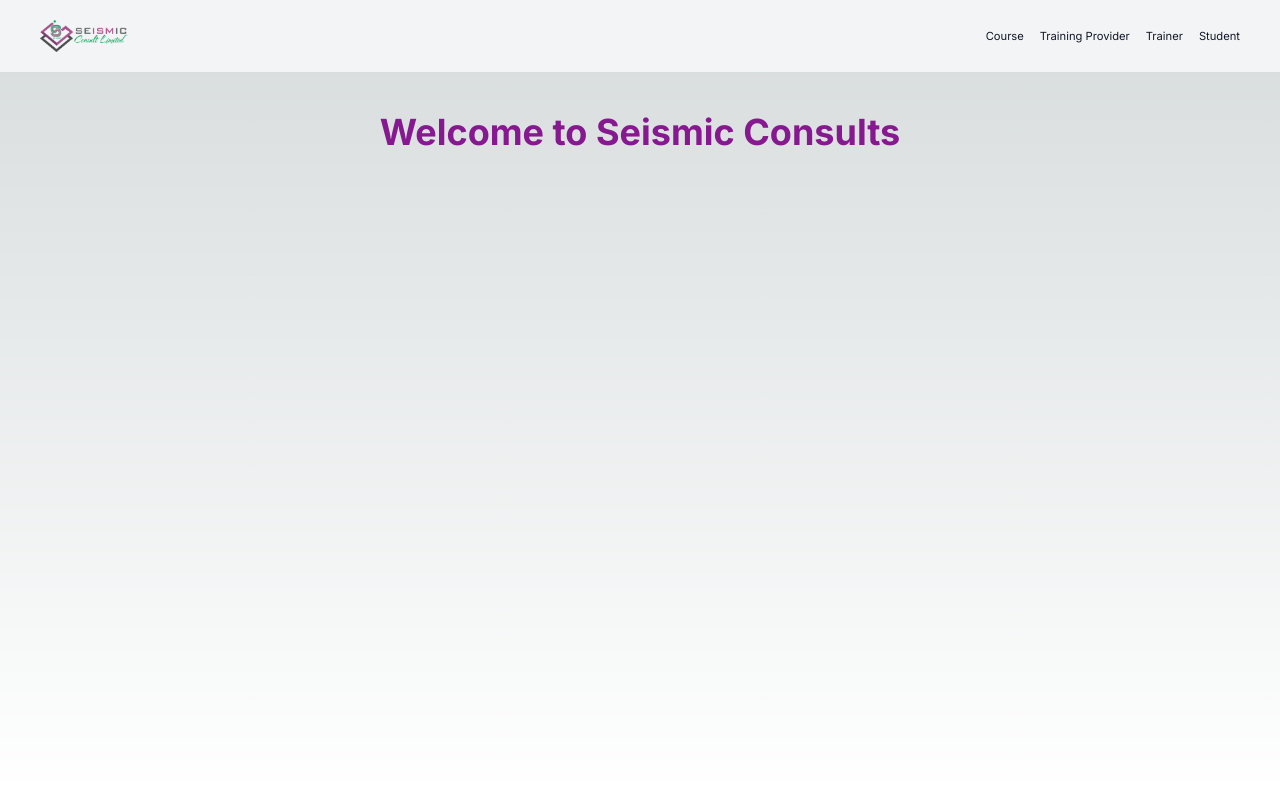
Repository: marcusdashe/seismicconsults-frontend
Page: /
The author's editor kept a copy of each file at every save. The page is drawn from the files as they stood at one save, then again after the next save.
The browser window is 1280 px wide. The pictures show the whole page.
The project was rebuilt for these pictures with package versions that can differ from the ones it lists, and the page was loaded fresh each time. The framework's server and built-in components were replaced by stand-ins that run in the browser. Also part of the build but not shown: next.config.js.

Above is the page before, as saved 2023-08-01 19:16:36.

After the next save:
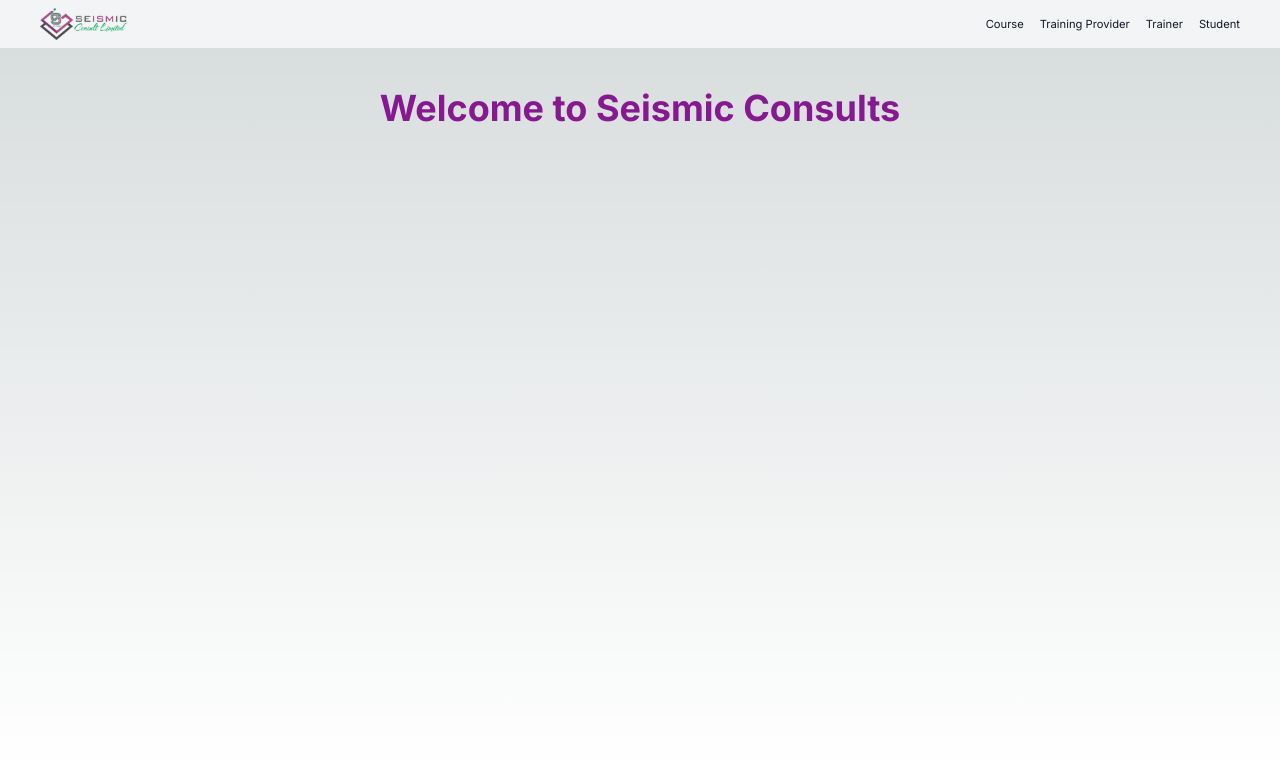
Saved 5 s later.
--- a/app/components/NavBar.tsx
+++ b/app/components/NavBar.tsx
@@ -2,7 +2,7 @@
 
 const NavBar = () => {
   return (
-    <nav className="flex justify-between items-center py-5 px-10 w-full text-[.7rem] bg-gray-100">
+    <nav className="flex justify-between items-center py-2 px-10 w-full text-[.7rem] bg-gray-100">
       <a href="/" className="text-gray-900">
         <img src="/seismic.png" alt="Logo" className="h-8 w-auto" />
       </a>
